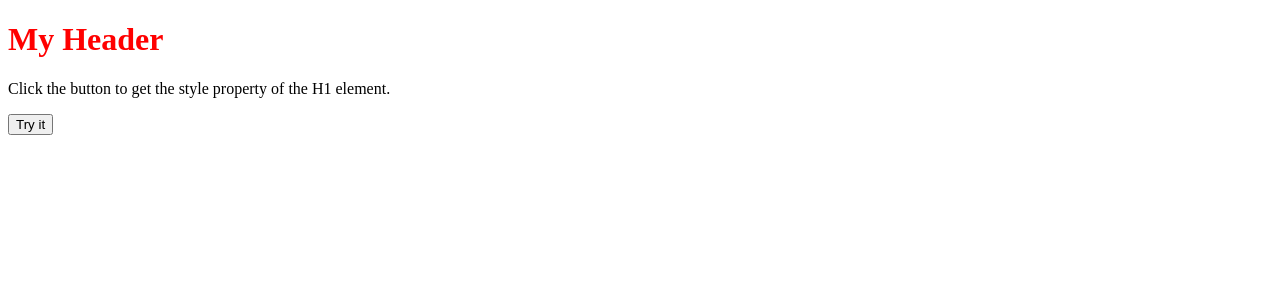
Repository: neem693/workspace
Page: studyhtml5/WebContent/ch05/practice_dom/practice_39.html
An editor plug-in stored every save of this project. The page is shown before and after the next save, followed by the edit.
The browser window is 1280 px wide. The pictures show the whole page.

Above is the page before, as saved 2018-03-15 10:03:16.

After the next save:
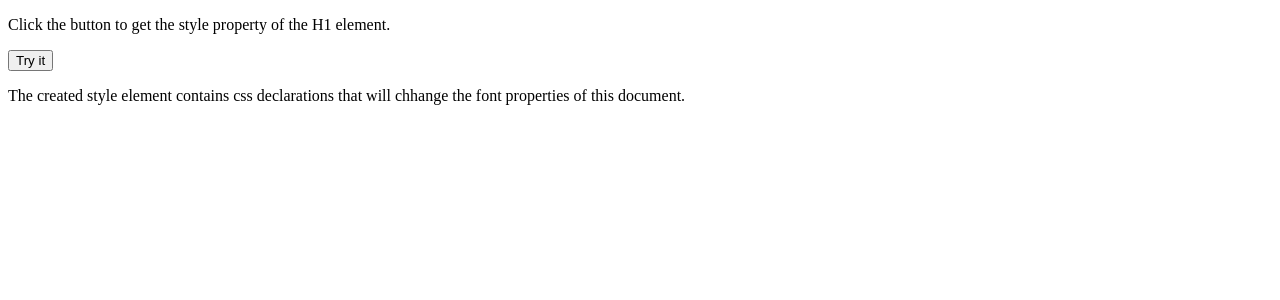
Saved 5 min 18 s later.
--- a/studyhtml5/WebContent/ch05/practice_dom/practice_39.html
+++ b/studyhtml5/WebContent/ch05/practice_dom/practice_39.html
@@ -11,15 +11,13 @@
 </head>
 <body>
 
-	<h1 id="myH1" style="color: red">My Header</h1>
-
 	<p>Click the button to get the style property of the H1
 		element.</p>
 
-
 	<button onclick="myFunction()">Try it</button>
 
-	<p id="demo"></p>
+	<p>The created style element contains css declarations
+		that will chhange the font properties of this document.</p>
 
 	<script>
         function myFunction() {
